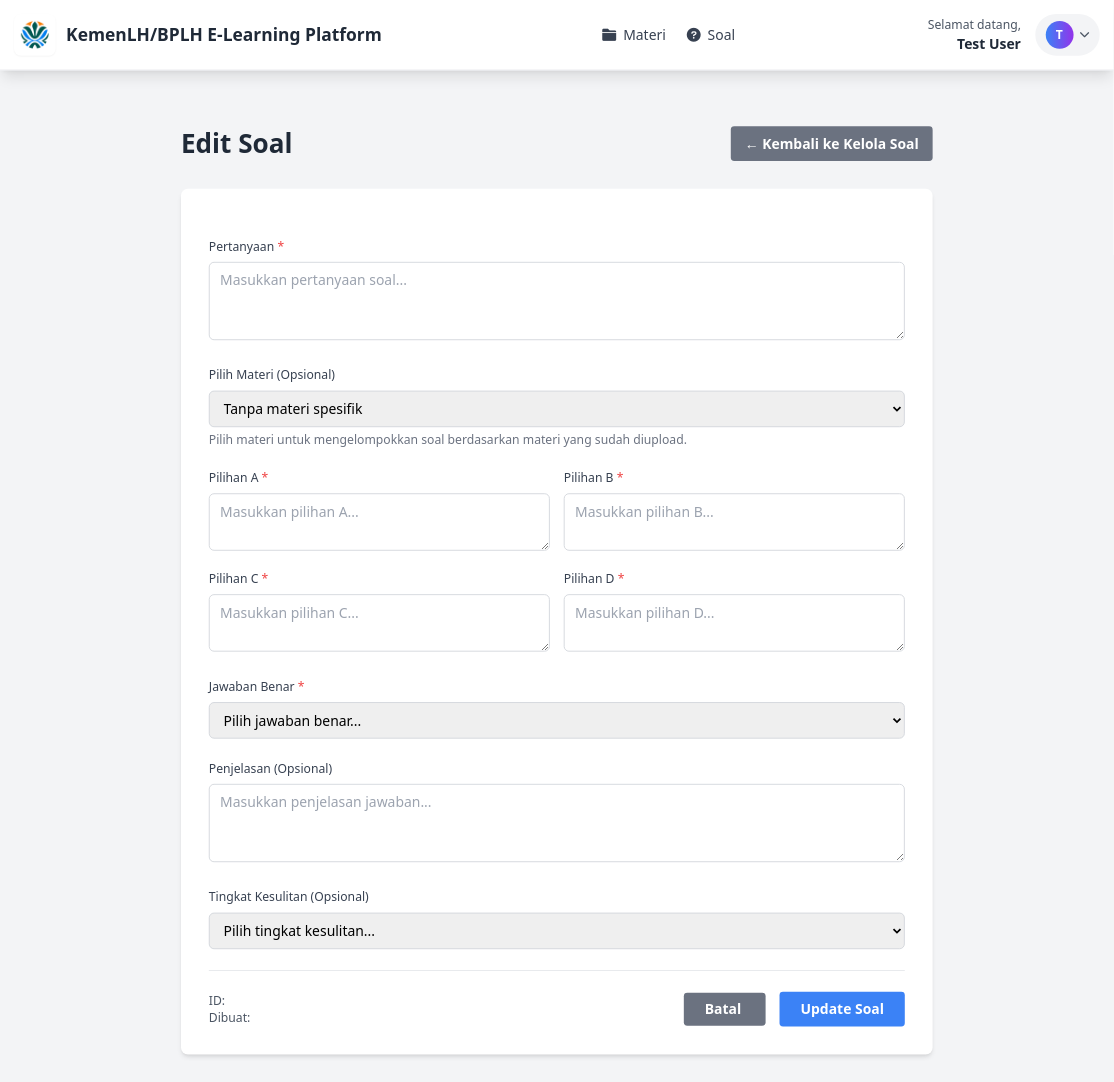
Repository: Autofat/LMS-MOOC
Page: resources/views/questions/edit.blade.php
The author's editor kept a copy of each file at every save. The page is drawn from the files as they stood at one save, then again after the next save.
The browser window is 1280 px wide. The pictures show the whole page, at 87% of full size.
Some web libraries are served in a nearby version. The page is served by the project's Laravel application, run on PHP 8.4 with Laravel 12. A made-up administrator, Test User (test@example.com), is signed in. Other server files are loaded and not shown. The template is opened directly, without the code that normally fills it, so the values that code supplies are empty.

Above is the page before, as saved 2025-08-01 11:40:00.

### routes/web.php
<?php

use Illuminate\Support\Facades\Route;
use Illuminate\Support\Facades\Auth;
use Illuminate\Support\Facades\Http;
use Illuminate\Support\Facades\Storage;
use Illuminate\Http\Request;
use App\Http\Controllers\QuestionController;
use App\Http\Controllers\MaterialController;
use App\Http\Controllers\AuthController;

// Root redirect to login
Route::get('/', function () {
    // Force logout and clear session
    Auth::logout();
    session()->flush();
    session()->regenerate();

    return redirect()->route('login');
});

// Authentication Routes
Route::get('/login', [AuthController::class, 'showLoginForm'])->name('login');
Route::post('/login', [AuthController::class, 'login']);
Route::get('/register', [AuthController::class, 'showRegisterForm'])->name('register');
Route::post('/register', [AuthController::class, 'register']);
Route::post('/logout', [AuthController::class, 'logout'])->name('logout');

// Temporary route to clear session
Route::get('/clear-session', function () {
    Auth::logout();
    session()->flush();
    session()->regenerate();
    return redirect()->route('login')->with('success', 'Session cleared. Please login again.');
});

// Test route to check auth status
Route::get('/test-auth', function () {
    return response()->json([
        'auth_check' => Auth::check(),
        'user' => Auth::user(),
        'session_id' => session()->getId(),
        'session_data' => session()->all()
    ]);
});

// Protected Routes (require authentication)
Route::middleware(['auth'])->group(function () {

    // Debug route for testing n8n connection
    Route::get('/test-n8n-connection', function () {
        try {
            $testData = [
                'action' => 'test_connection',
                'timestamp' => now()->toISOString(),
                'message' => 'Laravel connection test'
            ];

            $n8nUrl = env('N8N_GENERATE_QUESTIONS_URL', 'http://localhost:5678/webhook/generate-questions');

            $response = Http::timeout(120)
                ->retry(2, 100)
                ->withOptions([
                    'verify' => false,
                    'allow_redirects' => true,
                    'http_errors' => false
                ])
                ->post($n8nUrl, $testData);

            return response()->json([
                'success' => true,
                'message' => 'n8n connection test completed',
                'url' => $n8nUrl,
                'request_data' => $testData,
                'response' => [
                    'status' => $response->status(),
                    'headers' => $response->headers(),
                    'body' => $response->body(),
                    'successful' => $response->successful()
                ]
            ]);

        } catch (\Exception $e) {
            return response()->json([
                'success' => false,
                'error' => $e->getMessage(),
                'error_class' => get_class($e)
            ], 500);
        }
    })->name('test.n8n.connection');

    // Material Routes
    Route::get('/materials', [MaterialController::class, 'index'])->name('materials.index');
    Route::get('/materials/create', [MaterialController::class, 'create'])->name('materials.create');
    Route::post('/materials', [MaterialController::class, 'store'])->name('materials.store');
    Route::get('/materials/{id}', [MaterialController::class, 'show'])->name('materials.show');
    Route::get('/materials/{id}/edit', [MaterialController::class, 'edit'])->name('materials.edit');
    Route::put('/materials/{id}', [MaterialController::class, 'update'])->name('materials.update');
    Route::delete('/materials/{id}', [MaterialController::class, 'destroy'])->name('materials.destroy');
    Route::get('/materials/{id}/download', [MaterialController::class, 'download'])->name('materials.download');

    // Debug routes for testing file uploads
    Route::get('/test-upload', function () {
        return view('test-upload');
    })->name('test.upload.form');

    Route::post('/test-upload', function (Request $request) {
        $info = [
            'has_file' => $request->hasFile('pdf_file'),
            'php_upload_max' => ini_get('upload_max_filesize'),
            'php_post_max' => ini_get('post_max_size'),
            'storage_writable' => is_writable(storage_path('app/public')),
            'materials_dir_exists' => Storage::disk('public')->exists('materials'),
        ];

        if ($request->hasFile('pdf_file')) {
            $file = $request->file('pdf_file');
            $info['file'] = [
                'name' => $file->getClientOriginalName(),
                'size' => $file->getSize(),
                'mime' => $file->getMimeType(),
                'is_valid' => $file->isValid(),
                'error' => $file->getError(),
            ];
        }

        return response()->json($info);
    })->name('test.upload');
    Route::get('/materials/{id}/questions', [MaterialController::class, 'questions'])->name('materials.questions');

    // Generate Questions with n8n
    Route::post('/materials/{id}/generate-questions', [MaterialController::class, 'generateQuestions'])->name('materials.generate-questions');
    Route::post('/materials/{id}/generate-questions-async', [MaterialController::class, 'generateQuestionsAsync'])->name('materials.generate-questions-async');
    Route::get('/materials/{id}/test-n8n', [MaterialController::class, 'testN8nConnection'])->name('materials.test-n8n');

    // Form Manual Input
    Route::get('/questions/create', [QuestionController::class, 'create'])->name('questions.create');
    Route::post('/questions', [QuestionController::class, 'store'])->name('questions.store');

    // Manage and Edit Questions
    Route::get('/questions/manage', [QuestionController::class, 'manage'])->name('questions.manage');
    Route::get('/questions/{id}/edit', [QuestionController::class, 'edit'])->name('questions.edit');
    Route::put('/questions/{id}', [QuestionController::class, 'update'])->name('questions.update');
    Route::delete('/questions/{id}', [QuestionController::class, 'destroy'])->name('questions.destroy');
});

### resources/views/questions/edit.blade.php
<!DOCTYPE html>
<html lang="en">

<head>
    <meta charset="UTF-8">
    <meta name="viewport" content="width=device-width, initial-scale=1.0">
    <title>Edit Soal - KemenLH/BPLH E-Learning Platform</title>
    <script src="https://cdn.tailwindcss.com"></script>
    <link href="https://cdnjs.cloudflare.com/ajax/libs/font-awesome/6.0.0/css/all.min.css" rel="stylesheet">
</head>

<body class="bg-gray-100 min-h-screen">
    <!-- Include Navbar Component -->
    @include('components.navbar')

    <div class="container mx-auto px-4 py-8 max-w-4xl">
        <div class="flex justify-between items-center mb-8">
            <h1 class="text-3xl font-bold text-gray-800">Edit Soal</h1>
            <a href="{{ route('questions.manage') }}"
                class="bg-gray-500 hover:bg-gray-700 text-white font-bold py-2 px-4 rounded">
                ← Kembali ke Kelola Soal
            </a>
        </div>

        <div class="bg-white shadow-md rounded-lg p-8">
            <form method="POST" action="{{ route('questions.update', $question->id) }}" class="space-y-6">
                @csrf
                @method('PUT')

                <!-- Question Field -->
                <div>
                    <label for="question" class="block text-sm font-medium text-gray-700 mb-2">
                        Pertanyaan <span class="text-red-500">*</span>
                    </label>
                    <textarea id="question" name="question" rows="3" required
                        class="w-full border border-gray-300 rounded-md px-3 py-2 focus:outline-none focus:ring-2 focus:ring-blue-500 focus:border-transparent"
                        placeholder="Masukkan pertanyaan soal...">{{ old('question', $question->question) }}</textarea>
                    @error('question')
                        <p class="text-red-500 text-sm mt-1">{{ $message }}</p>
                    @enderror
                </div>

                <!-- Material Selection -->
                <div>
                    <label for="material_id" class="block text-sm font-medium text-gray-700 mb-2">
                        Pilih Materi (Opsional)
                    </label>
                    <select id="material_id" name="material_id"
                        class="w-full border border-gray-300 rounded-md px-3 py-2 focus:outline-none focus:ring-2 focus:ring-blue-500 focus:border-transparent">
                        <option value="">Tanpa materi spesifik</option>
                        @foreach ($materials as $material)
                            <option value="{{ $material->id }}"
                                {{ old('material_id', $question->material_id) == $material->id ? 'selected' : '' }}>
                                {{ $material->title }}
                                @if ($material->category)
                                    ({{ $material->category }})
                                @endif
                            </option>
                        @endforeach
                    </select>
                    <p class="text-sm text-gray-500 mt-1">Pilih materi untuk mengelompokkan soal berdasarkan materi yang
                        sudah diupload.</p>
                    @error('material_id')
                        <p class="text-red-500 text-sm mt-1">{{ $message }}</p>
                    @enderror
                </div>

                <!-- Options Fields -->
                <div class="grid grid-cols-1 md:grid-cols-2 gap-4">
                    <div>
                        <label for="option_a" class="block text-sm font-medium text-gray-700 mb-2">
                            Pilihan A <span class="text-red-500">*</span>
                        </label>
                        <textarea id="option_a" name="option_a" rows="2" required
                            class="w-full border border-gray-300 rounded-md px-3 py-2 focus:outline-none focus:ring-2 focus:ring-blue-500 focus:border-transparent"
                            placeholder="Masukkan pilihan A...">{{ old('option_a', $question->options['A']) }}</textarea>
                        @error('option_a')
                            <p class="text-red-500 text-sm mt-1">{{ $message }}</p>
                        @enderror
                    </div>

                    <div>
                        <label for="option_b" class="block text-sm font-medium text-gray-700 mb-2">
                            Pilihan B <span class="text-red-500">*</span>
                        </label>
                        <textarea id="option_b" name="option_b" rows="2" required
                            class="w-full border border-gray-300 rounded-md px-3 py-2 focus:outline-none focus:ring-2 focus:ring-blue-500 focus:border-transparent"
                            placeholder="Masukkan pilihan B...">{{ old('option_b', $question->options['B']) }}</textarea>
                        @error('option_b')
                            <p class="text-red-500 text-sm mt-1">{{ $message }}</p>
                        @enderror
                    </div>

                    <div>
                        <label for="option_c" class="block text-sm font-medium text-gray-700 mb-2">
                            Pilihan C <span class="text-red-500">*</span>
                        </label>
                        <textarea id="option_c" name="option_c" rows="2" required
                            class="w-full border border-gray-300 rounded-md px-3 py-2 focus:outline-none focus:ring-2 focus:ring-blue-500 focus:border-transparent"
                            placeholder="Masukkan pilihan C...">{{ old('option_c', $question->options['C']) }}</textarea>
                        @error('option_c')
                            <p class="text-red-500 text-sm mt-1">{{ $message }}</p>
                        @enderror
                    </div>

                    <div>
                        <label for="option_d" class="block text-sm font-medium text-gray-700 mb-2">
                            Pilihan D <span class="text-red-500">*</span>
                        </label>
                        <textarea id="option_d" name="option_d" rows="2" required
                            class="w-full border border-gray-300 rounded-md px-3 py-2 focus:outline-none focus:ring-2 focus:ring-blue-500 focus:border-transparent"
                            placeholder="Masukkan pilihan D...">{{ old('option_d', $question->options['D']) }}</textarea>
                        @error('option_d')
                            <p class="text-red-500 text-sm mt-1">{{ $message }}</p>
                        @enderror
                    </div>
                </div>

                <!-- Answer Field -->
                <div>
                    <label for="answer" class="block text-sm font-medium text-gray-700 mb-2">
                        Jawaban Benar <span class="text-red-500">*</span>
                    </label>
                    <select id="answer" name="answer" required
                        class="w-full border border-gray-300 rounded-md px-3 py-2 focus:outline-none focus:ring-2 focus:ring-blue-500 focus:border-transparent">
                        <option value="">Pilih jawaban benar...</option>
                        <option value="A" {{ old('answer', $question->answer) == 'A' ? 'selected' : '' }}>A
                        </option>
                        <option value="B" {{ old('answer', $question->answer) == 'B' ? 'selected' : '' }}>B
                        </option>
                        <option value="C" {{ old('answer', $question->answer) == 'C' ? 'selected' : '' }}>C
                        </option>
                        <option value="D" {{ old('answer', $question->answer) == 'D' ? 'selected' : '' }}>D
                        </option>
                    </select>
                    @error('answer')
                        <p class="text-red-500 text-sm mt-1">{{ $message }}</p>
                    @enderror
                </div>

                <!-- Explanation Field -->
                <div>
                    <label for="explanation" class="block text-sm font-medium text-gray-700 mb-2">
                        Penjelasan (Opsional)
                    </label>
                    <textarea id="explanation" name="explanation" rows="3"
                        class="w-full border border-gray-300 rounded-md px-3 py-2 focus:outline-none focus:ring-2 focus:ring-blue-500 focus:border-transparent"
                        placeholder="Masukkan penjelasan jawaban...">{{ old('explanation', $question->explanation) }}</textarea>
                    @error('explanation')
                        <p class="text-red-500 text-sm mt-1">{{ $message }}</p>
                    @enderror
                </div>

                <!-- Difficulty Field -->
                <div>
                    <label for="difficulty" class="block text-sm font-medium text-gray-700 mb-2">
                        Tingkat Kesulitan (Opsional)
                    </label>
                    <select id="difficulty" name="difficulty"
                        class="w-full border border-gray-300 rounded-md px-3 py-2 focus:outline-none focus:ring-2 focus:ring-blue-500 focus:border-transparent">
                        <option value="">Pilih tingkat kesulitan...</option>
                        <option value="Mudah"
                            {{ old('difficulty', $question->difficulty) == 'Mudah' ? 'selected' : '' }}>Mudah</option>
                        <option value="Menengah"
                            {{ old('difficulty', $question->difficulty) == 'Menengah' ? 'selected' : '' }}>Menengah
                        </option>
                        <option value="Sulit"
                            {{ old('difficulty', $question->difficulty) == 'Sulit' ? 'selected' : '' }}>Sulit</option>
                    </select>
                    @error('difficulty')
                        <p class="text-red-500 text-sm mt-1">{{ $message }}</p>
                    @enderror
                </div>

                <!-- Submit Buttons -->
                <div class="flex justify-between items-center pt-6 border-t">
                    <div class="text-sm text-gray-600">
                        <p>ID: {{ $question->id }}</p>
                        <p>Dibuat: {{ $question->created_at->format('d M Y H:i') }}</p>
                        @if ($question->updated_at != $question->created_at)
                            <p>Terakhir diupdate: {{ $question->updated_at->format('d M Y H:i') }}</p>
                        @endif
                        @if ($question->difficulty)
                            @php
                                $difficulty = strtolower($question->difficulty);
                                $bgClass = '';
                                $textClass = '';

                                if ($difficulty === 'mudah') {
                                    $bgClass = 'bg-green-200';
                                    $textClass = 'text-green-800';
                                } elseif ($difficulty === 'menengah') {
                                    $bgClass = 'bg-yellow-200';
                                    $textClass = 'text-yellow-800';
                                } elseif ($difficulty === 'sulit') {
                                    $bgClass = 'bg-red-200';
                                    $textClass = 'text-red-800';
                                } else {
                                    $bgClass = 'bg-gray-200';
                                    $textClass = 'text-gray-800';
                                }
                            @endphp
                            <p>Current: <span
                                    class="inline-block {{ $bgClass }} {{ $textClass }} text-xs px-2 py-1 rounded-full">{{ $question->difficulty }}</span>
                            </p>
                        @endif
                    </div>

                    <div class="space-x-4">
                        <a href="{{ route('questions.manage') }}"
                            class="bg-gray-500 hover:bg-gray-700 text-white font-bold py-2 px-6 rounded">
                            Batal
                        </a>
                        <button type="submit"
                            class="bg-blue-500 hover:bg-blue-700 text-white font-bold py-2 px-6 rounded">
                            Update Soal
                        </button>
                    </div>
                </div>
            </form>
        </div>
    </div>
</body>

</html>

Loaded but not shown: app/Models/User.php (common file); resources/views/components/navbar.blade.php (221 lines, source omitted)

After the next save:
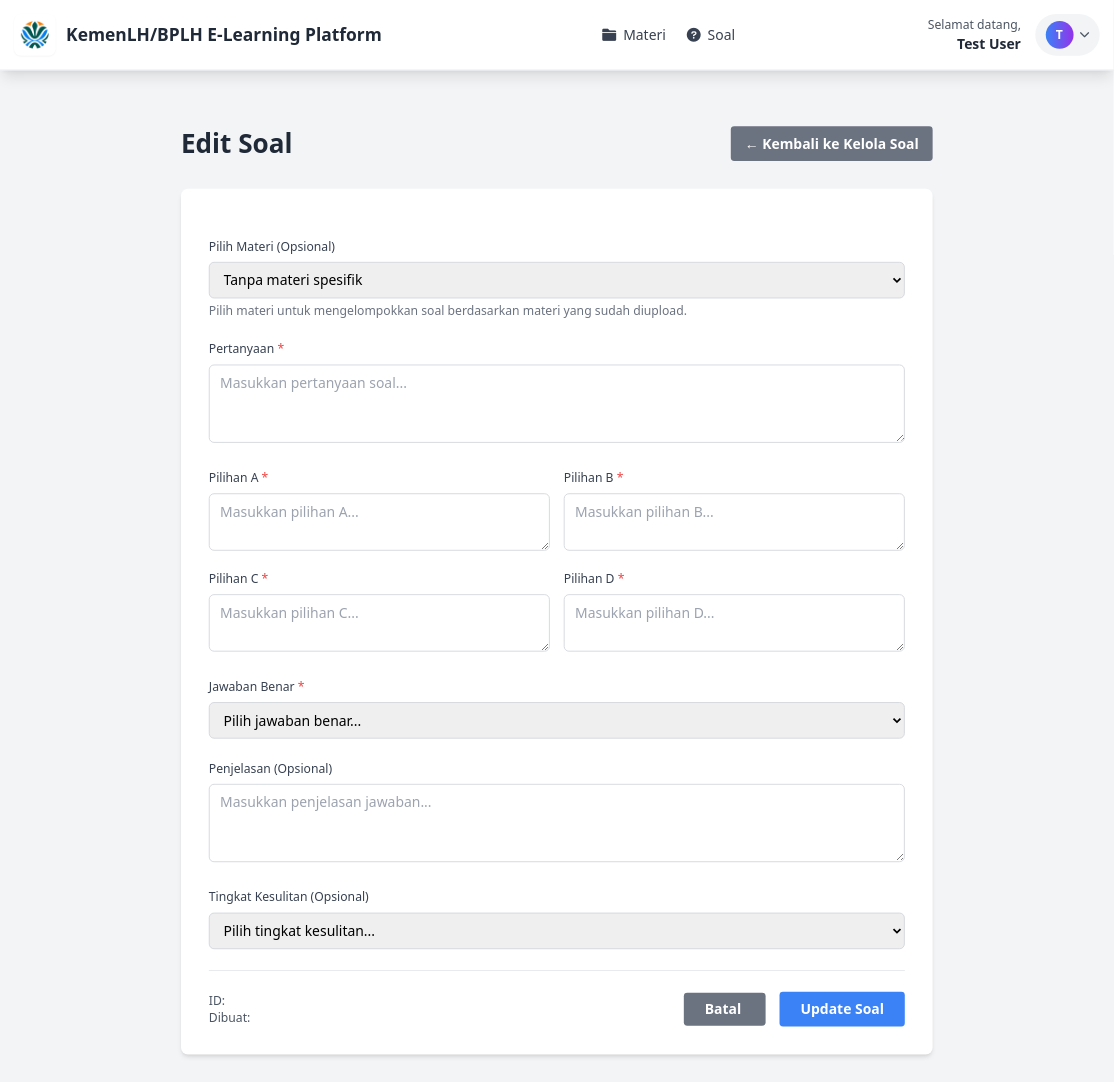
Saved 104 s later.
--- a/resources/views/questions/edit.blade.php
+++ b/resources/views/questions/edit.blade.php
@@ -26,19 +26,6 @@
             <form method="POST" action="{{ route('questions.update', $question->id) }}" class="space-y-6">
                 @csrf
                 @method('PUT')
-
-                <!-- Question Field -->
-                <div>
-                    <label for="question" class="block text-sm font-medium text-gray-700 mb-2">
-                        Pertanyaan <span class="text-red-500">*</span>
-                    </label>
-                    <textarea id="question" name="question" rows="3" required
-                        class="w-full border border-gray-300 rounded-md px-3 py-2 focus:outline-none focus:ring-2 focus:ring-blue-500 focus:border-transparent"
-                        placeholder="Masukkan pertanyaan soal...">{{ old('question', $question->question) }}</textarea>
-                    @error('question')
-                        <p class="text-red-500 text-sm mt-1">{{ $message }}</p>
-                    @enderror
-                </div>
 
                 <!-- Material Selection -->
                 <div>
@@ -61,6 +48,19 @@
                     <p class="text-sm text-gray-500 mt-1">Pilih materi untuk mengelompokkan soal berdasarkan materi yang
                         sudah diupload.</p>
                     @error('material_id')
+                        <p class="text-red-500 text-sm mt-1">{{ $message }}</p>
+                    @enderror
+                </div>
+
+                <!-- Question Field -->
+                <div>
+                    <label for="question" class="block text-sm font-medium text-gray-700 mb-2">
+                        Pertanyaan <span class="text-red-500">*</span>
+                    </label>
+                    <textarea id="question" name="question" rows="3" required
+                        class="w-full border border-gray-300 rounded-md px-3 py-2 focus:outline-none focus:ring-2 focus:ring-blue-500 focus:border-transparent"
+                        placeholder="Masukkan pertanyaan soal...">{{ old('question', $question->question) }}</textarea>
+                    @error('question')
                         <p class="text-red-500 text-sm mt-1">{{ $message }}</p>
                     @enderror
                 </div>
